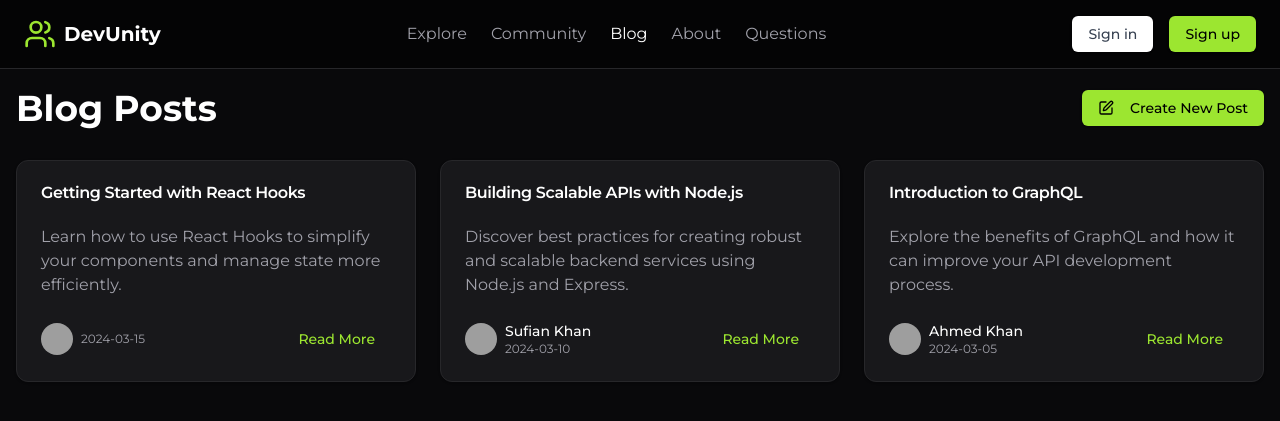
Repository: asadullah48/asadullahshafique_devunity
Page: /blogs
These files come from the project's save history. The page is drawn as it stood at one moment and after the next save; the edit follows.
The browser window is 1280 px wide. The pictures show the whole page.
Pictures or frames that could not be fetched are drawn as grey boxes. The project was rebuilt for these pictures with package versions that can differ from the ones it lists, and the page was loaded fresh each time. The framework's server and built-in components were replaced by stand-ins that run in the browser. Also part of the build but not shown: next.config.js, next.config.ts.

Above is the page before, as saved 2024-11-10 10:25:55.

### src/app/layout.tsx
import type { Metadata } from "next";
import "./globals.css";
import { Montserrat } from "next/font/google";
import Navbar from "@/components/Navbar";

const montserrat = Montserrat({ subsets: ["latin"] });

export const metadata: Metadata = {
  title: "DevUnity",
  description:
    "A collaborative platform for developers to share knowledge, answer questions, and publish blogs",
};

export default function RootLayout({
  children,
}: Readonly<{
  children: React.ReactNode;
}>) {
  return (
    <html lang="en">
      <body className={montserrat.className}>
        <Navbar />
        {children}
      </body>
    </html>
  );
}

### src/app/blogs/page.tsx
import Link from "next/link";
import { Button } from "@/components/ui/button";
import {
  Card,
  CardContent,
  CardFooter,
  CardHeader,
  CardTitle,
} from "@/components/ui/card";
import { Avatar, AvatarFallback, AvatarImage } from "@/components/ui/avatar";
import { PenSquare } from "lucide-react";

export default function BlogPage() {
  const blogPosts = [
    {
      title: "Getting Started with React Hooks",
      excerpt:
        "Learn how to use React Hooks to simplify your components and manage state more efficiently.",
      author: "",
      date: "2024-03-15",
      avatar: "/placeholder.svg?height=50&width=50",
    },
    {
      title: "Building Scalable APIs with Node.js",
      excerpt:
        "Discover best practices for creating robust and scalable backend services using Node.js and Express.",
      author: "Sufian Khan",
      date: "2024-03-10",
      avatar: "/placeholder.svg?height=50&width=50",
    },
    {
      title: "Introduction to GraphQL",
      excerpt:
        "Explore the benefits of GraphQL and how it can improve your API development process.",
      author: "Ahmed Khan",
      date: "2024-03-05",
      avatar: "/placeholder.svg?height=50&width=50",
    },
  ];

  return (
    <div className="min-h-screen bg-zinc-950">
      <div className="container mx-auto px-4 py-8">
        <div className="flex justify-between items-center mb-8 mt-12 md:mt-14">
          <h1 className="text-2xl md:text-4xl font-bold text-white">
            Blog Posts
          </h1>
          <Button className="bg-[#9CE630] text-black hover:bg-[#8BD520]">
            <PenSquare className="mr-2 h-4 w-4" />
            Create New Post
          </Button>
        </div>
        <div className="grid gap-6 md:grid-cols-2 lg:grid-cols-3">
          {blogPosts.map((post, index) => (
            <Card key={index} className="bg-zinc-900 border-zinc-800">
              <CardHeader>
                <CardTitle className="text-white">{post.title}</CardTitle>
              </CardHeader>
              <CardContent>
                <p className="text-zinc-400">{post.excerpt}</p>
              </CardContent>
              <CardFooter className="flex justify-between items-center">
                <div className="flex items-center space-x-2">
                  <Avatar className="h-8 w-8">
                    <AvatarImage src={post.avatar} alt={post.author} />
                    <AvatarFallback>
                      {post.author
                        .split(" ")
                        .map((n) => n[0])
                        .join("")}
                    </AvatarFallback>
                  </Avatar>
                  <div>
                    <p className="text-sm font-medium text-white">
                      {post.author}
                    </p>
                    <p className="text-xs text-zinc-400">{post.date}</p>
                  </div>
                </div>
                <Button
                  variant="ghost"
                  className="text-[#9CE630] hover:text-[#8BD520] hover:bg-zinc-800"
                >
                  Read More
                </Button>
              </CardFooter>
            </Card>
          ))}
        </div>
      </div>
    </div>
  );
}

### src/app/globals.css
@tailwind base;
@tailwind components;
@tailwind utilities;
@layer base {
  :root {
    --background: 0 0% 100%;
    --foreground: 0 0% 3.9%;
    --card: 0 0% 100%;
    --card-foreground: 0 0% 3.9%;
    --popover: 0 0% 100%;
    --popover-foreground: 0 0% 3.9%;
    --primary: 0 0% 9%;
    --primary-foreground: 0 0% 98%;
    --secondary: 0 0% 96.1%;
    --secondary-foreground: 0 0% 9%;
    --muted: 0 0% 96.1%;
    --muted-foreground: 0 0% 45.1%;
    --accent: 0 0% 96.1%;
    --accent-foreground: 0 0% 9%;
    --destructive: 0 84.2% 60.2%;
    --destructive-foreground: 0 0% 98%;
    --border: 0 0% 89.8%;
    --input: 0 0% 89.8%;
    --ring: 0 0% 3.9%;
    --chart-1: 12 76% 61%;
    --chart-2: 173 58% 39%;
    --chart-3: 197 37% 24%;
    --chart-4: 43 74% 66%;
    --chart-5: 27 87% 67%;
    --radius: 0.5rem;
  }
  .dark {
    --background: 0 0% 3.9%;
    --foreground: 0 0% 98%;
    --card: 0 0% 3.9%;
    --card-foreground: 0 0% 98%;
    --popover: 0 0% 3.9%;
    --popover-foreground: 0 0% 98%;
    --primary: 0 0% 98%;
    --primary-foreground: 0 0% 9%;
    --secondary: 0 0% 14.9%;
    --secondary-foreground: 0 0% 98%;
    --muted: 0 0% 14.9%;
    --muted-foreground: 0 0% 63.9%;
    --accent: 0 0% 14.9%;
    --accent-foreground: 0 0% 98%;
    --destructive: 0 62.8% 30.6%;
    --destructive-foreground: 0 0% 98%;
    --border: 0 0% 14.9%;
    --input: 0 0% 14.9%;
    --ring: 0 0% 83.1%;
    --chart-1: 220 70% 50%;
    --chart-2: 160 60% 45%;
    --chart-3: 30 80% 55%;
    --chart-4: 280 65% 60%;
    --chart-5: 340 75% 55%;
  }
}
@layer base {
  * {
    @apply border-border;
  }
  body {
    @apply bg-background text-foreground;
  }
}

@keyframes fade-in-up {
  from {
    opacity: 0;
    transform: translateY(20px);
  }
  to {
    opacity: 1;
    transform: translateY(0);
  }
}

.animate-fade-in-up {
  animation: fade-in-up 1s ease-out;
}

.animation-delay-1000 {
  animation-delay: 1s;
}

### src/components/Navbar.tsx
// "use client";

// import React, { useState } from "react";
// import Link from "next/link";
// import { Button } from "@/components/ui/button";
// import { Users } from "lucide-react";
// import { CgMenuRight } from "react-icons/cg";
// import {
//   Sheet,
//   SheetContent,
//   SheetTitle,
//   SheetTrigger,
// } from "@/components/ui/sheet";
// import { usePathname } from "next/navigation";

// const Navbar = () => {
//   const [isOpen, setIsOpen] = useState(false);
//   const pathname = usePathname();

//   const closeSheet = () => setIsOpen(false);

//   return (
//     <nav className="border-b z-50 absolute w-full bg-black/50 border-zinc-800">
//       <div className="container mx-auto flex items-center justify-between p-4 lg:px-6">
//         <Link className="flex items-center space-x-2" href="/">
//           <Users className="h-8 w-8 text-[#9CE630]" />
//           <span className="text-xl font-bold text-white">DevUnity</span>
//         </Link>
//         <div className="hidden lg:flex items-center space-x-6">
//           <Link className="text-zinc-400 hover:text-white" href="/explore">
//             Explore
//           </Link>
//           <Link className="text-zinc-400 hover:text-white" href="/community">
//             Community
//           </Link>
//           <Link className="text-zinc-400 hover:text-white" href="/blogs">
//             Blog
//           </Link>
//           <Link className="text-zinc-400 hover:text-white" href="/about">
//             About
//           </Link>
//           <Link className="text-zinc-400 hover:text-white" href="/question">
//             Questions
//           </Link>
//         </div>
//         <div className="flex items-center space-x-4">
//           <Button className="text-gray-700 hover:text-black bg-white hover:bg-white/80 ">
//             Sign in
//           </Button>
//           <Button className="bg-[#9CE630] text-black hover:bg-[#8BD520] hidden lg:block">
//             Sign up
//           </Button>
//           <Sheet open={isOpen} onOpenChange={setIsOpen}>
//             <SheetTrigger asChild className="lg:hidden">
//               <CgMenuRight className="h-6 w-6 text-white" />
//             </SheetTrigger>
//             <SheetContent
//               side="right"
//               className="w-[300px] sm:w-[400px] bg-zinc-900 border-none"
//             >
//               <Link href="/" onClick={closeSheet}>
//                 <SheetTitle className="text-bold text-white flex items-center">
//                   <Users className="mr-2 text-[#9CE630]" />
//                   DevUnity
//                 </SheetTitle>
//               </Link>
//               <nav className="flex flex-col space-y-4 mt-8">
//                 <Link
//                   className="text-zinc-400 hover:text-white"
//                   href="/explore"
//                   onClick={closeSheet}
//                 >
//                   Explore
//                 </Link>
//                 <Link
//                   className="text-zinc-400 hover:text-white"
//                   href="/community"
//                   onClick={closeSheet}
//                 >
//                   Community
//                 </Link>
//                 <Link
//                   className="text-zinc-400 hover:text-white"
//                   href="/blogs"
//                   onClick={closeSheet}
//                 >
//                   Blog
//                 </Link>
//                 <Link
//                   className="text-zinc-400 hover:text-white"
//                   href="/about"
//                   onClick={closeSheet}
//                 >
//                   About
//                 </Link>
//                 <Link
//                   className="text-zinc-400 hover:text-white"
//                   href="/question"
//                   onClick={closeSheet}
//                 >
//                   Questions
//                 </Link>
//                 <Button
//                   className="bg-[#9CE630] text-black hover:bg-[#8BD520] w-full mt-4"
//                   onClick={closeSheet}
//                 >
//                   Sign up
//                 </Button>
//               </nav>
//             </SheetContent>
//           </Sheet>
//         </div>
//       </div>
//     </nav>
//   );
// };

// export default Navbar;

"use client";

import React, { useState } from "react";
import Link from "next/link";
import { Button } from "@/components/ui/button";
import { Users } from "lucide-react";
import { CgMenuRight } from "react-icons/cg";
import {
  Sheet,
  SheetContent,
  SheetTitle,
  SheetTrigger,
} from "@/components/ui/sheet";
import { usePathname } from "next/navigation";

const Navbar = () => {
  const [isOpen, setIsOpen] = useState(false);
  const pathname = usePathname(); // Get the current path

  const closeSheet = () => setIsOpen(false);

  // Function to set active class based on path
  const linkClasses = (path: any) =>
    pathname === path ? "text-white" : "text-zinc-400 hover:text-white";

  return (
    <nav className="border-b z-50 absolute w-full bg-black/50 border-zinc-800">
      <div className="container mx-auto flex items-center justify-between p-4 lg:px-6">
        <Link className="flex items-center space-x-2" href="/">
          <Users className="h-8 w-8 text-[#9CE630]" />
          <span className="text-xl font-bold text-white">DevUnity</span>
        </Link>
        <div className="hidden lg:flex items-center space-x-6">
          <Link className={linkClasses("/explore")} href="/explore">
            Explore
          </Link>
          <Link className={linkClasses("/community")} href="/community">
            Community
          </Link>
          <Link className={linkClasses("/blogs")} href="/blogs">
            Blog
          </Link>
          <Link className={linkClasses("/about")} href="/about">
            About
          </Link>
          <Link className={linkClasses("/question")} href="/question">
            Questions
          </Link>
        </div>
        <div className="flex items-center space-x-4">
          <Button className="text-gray-700 hover:text-black bg-white hover:bg-white/80 ">
            Sign in
          </Button>
          <Button className="bg-[#9CE630] text-black hover:bg-[#8BD520] hidden lg:block">
            Sign up
          </Button>
          <Sheet open={isOpen} onOpenChange={setIsOpen}>
            <SheetTrigger asChild className="lg:hidden">
              <CgMenuRight className="h-6 w-6 text-white" />
            </SheetTrigger>
            <SheetContent
              side="right"
              className="w-[300px] sm:w-[400px] bg-zinc-900 border-none"
            >
              <Link href="/" onClick={closeSheet}>
                <SheetTitle className="text-bold text-white flex items-center">
                  <Users className="mr-2 text-[#9CE630]" />
                  DevUnity
                </SheetTitle>
              </Link>
              <nav className="flex flex-col space-y-4 mt-8">
                <Link
                  className={linkClasses("/explore")}
                  href="/explore"
                  onClick={closeSheet}
                >
                  Explore
                </Link>
                <Link
                  className={linkClasses("/community")}
                  href="/community"
                  onClick={closeSheet}
                >
                  Community
                </Link>
                <Link
                  className={linkClasses("/blogs")}
                  href="/blogs"
                  onClick={closeSheet}
                >
                  Blog
                </Link>
                <Link
                  className={linkClasses("/about")}
                  href="/about"
                  onClick={closeSheet}
                >
                  About
                </Link>
                <Link
                  className={linkClasses("/question")}
                  href="/question"
                  onClick={closeSheet}
                >
                  Questions
                </Link>
                <Button
                  className="bg-[#9CE630] text-black hover:bg-[#8BD520] w-full mt-4"
                  onClick={closeSheet}
                >
                  Sign up
                </Button>
              </nav>
            </SheetContent>
          </Sheet>
        </div>
      </div>
    </nav>
  );
};

export default Navbar;

### src/components/ui/button.tsx
import * as React from "react"
import { Slot } from "@radix-ui/react-slot"
import { cva, type VariantProps } from "class-variance-authority"

import { cn } from "@/lib/utils"

const buttonVariants = cva(
  "inline-flex items-center justify-center gap-2 whitespace-nowrap rounded-md text-sm font-medium transition-colors focus-visible:outline-none focus-visible:ring-1 focus-visible:ring-ring disabled:pointer-events-none disabled:opacity-50 [&_svg]:pointer-events-none [&_svg]:size-4 [&_svg]:shrink-0",
  {
    variants: {
      variant: {
        default:
          "bg-primary text-primary-foreground shadow hover:bg-primary/90",
        destructive:
          "bg-destructive text-destructive-foreground shadow-sm hover:bg-destructive/90",
        outline:
          "border border-input bg-background shadow-sm hover:bg-accent hover:text-accent-foreground",
        secondary:
          "bg-secondary text-secondary-foreground shadow-sm hover:bg-secondary/80",
        ghost: "hover:bg-accent hover:text-accent-foreground",
        link: "text-primary underline-offset-4 hover:underline",
      },
      size: {
        default: "h-9 px-4 py-2",
        sm: "h-8 rounded-md px-3 text-xs",
        lg: "h-10 rounded-md px-8",
        icon: "h-9 w-9",
      },
    },
    defaultVariants: {
      variant: "default",
      size: "default",
    },
  }
)

export interface ButtonProps
  extends React.ButtonHTMLAttributes<HTMLButtonElement>,
    VariantProps<typeof buttonVariants> {
  asChild?: boolean
}

const Button = React.forwardRef<HTMLButtonElement, ButtonProps>(
  ({ className, variant, size, asChild = false, ...props }, ref) => {
    const Comp = asChild ? Slot : "button"
    return (
      <Comp
        className={cn(buttonVariants({ variant, size, className }))}
        ref={ref}
        {...props}
      />
    )
  }
)
Button.displayName = "Button"

export { Button, buttonVariants }

### src/components/ui/card.tsx
import * as React from "react"

import { cn } from "@/lib/utils"

const Card = React.forwardRef<
  HTMLDivElement,
  React.HTMLAttributes<HTMLDivElement>
>(({ className, ...props }, ref) => (
  <div
    ref={ref}
    className={cn(
      "rounded-xl border bg-card text-card-foreground shadow",
      className
    )}
    {...props}
  />
))
Card.displayName = "Card"

const CardHeader = React.forwardRef<
  HTMLDivElement,
  React.HTMLAttributes<HTMLDivElement>
>(({ className, ...props }, ref) => (
  <div
    ref={ref}
    className={cn("flex flex-col space-y-1.5 p-6", className)}
    {...props}
  />
))
CardHeader.displayName = "CardHeader"

const CardTitle = React.forwardRef<
  HTMLDivElement,
  React.HTMLAttributes<HTMLDivElement>
>(({ className, ...props }, ref) => (
  <div
    ref={ref}
    className={cn("font-semibold leading-none tracking-tight", className)}
    {...props}
  />
))
CardTitle.displayName = "CardTitle"

const CardDescription = React.forwardRef<
  HTMLDivElement,
  React.HTMLAttributes<HTMLDivElement>
>(({ className, ...props }, ref) => (
  <div
    ref={ref}
    className={cn("text-sm text-muted-foreground", className)}
    {...props}
  />
))
CardDescription.displayName = "CardDescription"

const CardContent = React.forwardRef<
  HTMLDivElement,
  React.HTMLAttributes<HTMLDivElement>
>(({ className, ...props }, ref) => (
  <div ref={ref} className={cn("p-6 pt-0", className)} {...props} />
))
CardContent.displayName = "CardContent"

const CardFooter = React.forwardRef<
  HTMLDivElement,
  React.HTMLAttributes<HTMLDivElement>
>(({ className, ...props }, ref) => (
  <div
    ref={ref}
    className={cn("flex items-center p-6 pt-0", className)}
    {...props}
  />
))
CardFooter.displayName = "CardFooter"

export { Card, CardHeader, CardFooter, CardTitle, CardDescription, CardContent }

### src/components/ui/avatar.tsx
"use client"

import * as React from "react"
import * as AvatarPrimitive from "@radix-ui/react-avatar"

import { cn } from "@/lib/utils"

const Avatar = React.forwardRef<
  React.ElementRef<typeof AvatarPrimitive.Root>,
  React.ComponentPropsWithoutRef<typeof AvatarPrimitive.Root>
>(({ className, ...props }, ref) => (
  <AvatarPrimitive.Root
    ref={ref}
    className={cn(
      "relative flex h-10 w-10 shrink-0 overflow-hidden rounded-full",
      className
    )}
    {...props}
  />
))
Avatar.displayName = AvatarPrimitive.Root.displayName

const AvatarImage = React.forwardRef<
  React.ElementRef<typeof AvatarPrimitive.Image>,
  React.ComponentPropsWithoutRef<typeof AvatarPrimitive.Image>
>(({ className, ...props }, ref) => (
  <AvatarPrimitive.Image
    ref={ref}
    className={cn("aspect-square h-full w-full", className)}
    {...props}
  />
))
AvatarImage.displayName = AvatarPrimitive.Image.displayName

const AvatarFallback = React.forwardRef<
  React.ElementRef<typeof AvatarPrimitive.Fallback>,
  React.ComponentPropsWithoutRef<typeof AvatarPrimitive.Fallback>
>(({ className, ...props }, ref) => (
  <AvatarPrimitive.Fallback
    ref={ref}
    className={cn(
      "flex h-full w-full items-center justify-center rounded-full bg-muted",
      className
    )}
    {...props}
  />
))
AvatarFallback.displayName = AvatarPrimitive.Fallback.displayName

export { Avatar, AvatarImage, AvatarFallback }

### src/components/ui/sheet.tsx
"use client"

import * as React from "react"
import * as SheetPrimitive from "@radix-ui/react-dialog"
import { cva, type VariantProps } from "class-variance-authority"
import { X } from "lucide-react"

import { cn } from "@/lib/utils"

const Sheet = SheetPrimitive.Root

const SheetTrigger = SheetPrimitive.Trigger

const SheetClose = SheetPrimitive.Close

const SheetPortal = SheetPrimitive.Portal

const SheetOverlay = React.forwardRef<
  React.ElementRef<typeof SheetPrimitive.Overlay>,
  React.ComponentPropsWithoutRef<typeof SheetPrimitive.Overlay>
>(({ className, ...props }, ref) => (
  <SheetPrimitive.Overlay
    className={cn(
      "fixed inset-0 z-50 bg-black/80  data-[state=open]:animate-in data-[state=closed]:animate-out data-[state=closed]:fade-out-0 data-[state=open]:fade-in-0",
      className
    )}
    {...props}
    ref={ref}
  />
))
SheetOverlay.displayName = SheetPrimitive.Overlay.displayName

const sheetVariants = cva(
  "fixed z-50 gap-4 bg-background p-6 shadow-lg transition ease-in-out data-[state=closed]:duration-300 data-[state=open]:duration-500 data-[state=open]:animate-in data-[state=closed]:animate-out",
  {
    variants: {
      side: {
        top: "inset-x-0 top-0 border-b data-[state=closed]:slide-out-to-top data-[state=open]:slide-in-from-top",
        bottom:
          "inset-x-0 bottom-0 border-t data-[state=closed]:slide-out-to-bottom data-[state=open]:slide-in-from-bottom",
        left: "inset-y-0 left-0 h-full w-3/4 border-r data-[state=closed]:slide-out-to-left data-[state=open]:slide-in-from-left sm:max-w-sm",
        right:
          "inset-y-0 right-0 h-full w-3/4 border-l data-[state=closed]:slide-out-to-right data-[state=open]:slide-in-from-right sm:max-w-sm",
      },
    },
    defaultVariants: {
      side: "right",
    },
  }
)

interface SheetContentProps
  extends React.ComponentPropsWithoutRef<typeof SheetPrimitive.Content>,
    VariantProps<typeof sheetVariants> {}

const SheetContent = React.forwardRef<
  React.ElementRef<typeof SheetPrimitive.Content>,
  SheetContentProps
>(({ side = "right", className, children, ...props }, ref) => (
  <SheetPortal>
    <SheetOverlay />
    <SheetPrimitive.Content
      ref={ref}
      className={cn(sheetVariants({ side }), className)}
      {...props}
    >
      <SheetPrimitive.Close className="absolute right-4 top-4 rounded-sm opacity-70 ring-offset-background transition-opacity hover:opacity-100 focus:outline-none focus:ring-2 focus:ring-ring focus:ring-offset-2 disabled:pointer-events-none data-[state=open]:bg-secondary">
        <X className="h-4 w-4" />
        <span className="sr-only">Close</span>
      </SheetPrimitive.Close>
      {children}
    </SheetPrimitive.Content>
  </SheetPortal>
))
SheetContent.displayName = SheetPrimitive.Content.displayName

const SheetHeader = ({
  className,
  ...props
}: React.HTMLAttributes<HTMLDivElement>) => (
  <div
    className={cn(
      "flex flex-col space-y-2 text-center sm:text-left",
      className
    )}
    {...props}
  />
)
SheetHeader.displayName = "SheetHeader"

const SheetFooter = ({
  className,
  ...props
}: React.HTMLAttributes<HTMLDivElement>) => (
  <div
    className={cn(
      "flex flex-col-reverse sm:flex-row sm:justify-end sm:space-x-2",
      className
    )}
    {...props}
  />
)
SheetFooter.displayName = "SheetFooter"

const SheetTitle = React.forwardRef<
  React.ElementRef<typeof SheetPrimitive.Title>,
  React.ComponentPropsWithoutRef<typeof SheetPrimitive.Title>
>(({ className, ...props }, ref) => (
  <SheetPrimitive.Title
    ref={ref}
    className={cn("text-lg font-semibold text-foreground", className)}
    {...props}
  />
))
SheetTitle.displayName = SheetPrimitive.Title.displayName

const SheetDescription = React.forwardRef<
  React.ElementRef<typeof SheetPrimitive.Description>,
  React.ComponentPropsWithoutRef<typeof SheetPrimitive.Description>
>(({ className, ...props }, ref) => (
  <SheetPrimitive.Description
    ref={ref}
    className={cn("text-sm text-muted-foreground", className)}
    {...props}
  />
))
SheetDescription.displayName = SheetPrimitive.Description.displayName

export {
  Sheet,
  SheetPortal,
  SheetOverlay,
  SheetTrigger,
  SheetClose,
  SheetContent,
  SheetHeader,
  SheetFooter,
  SheetTitle,
  SheetDescription,
}

Loaded but not shown: src/lib/utils.ts (common file); tailwind.config.ts (common file)

After the next save:
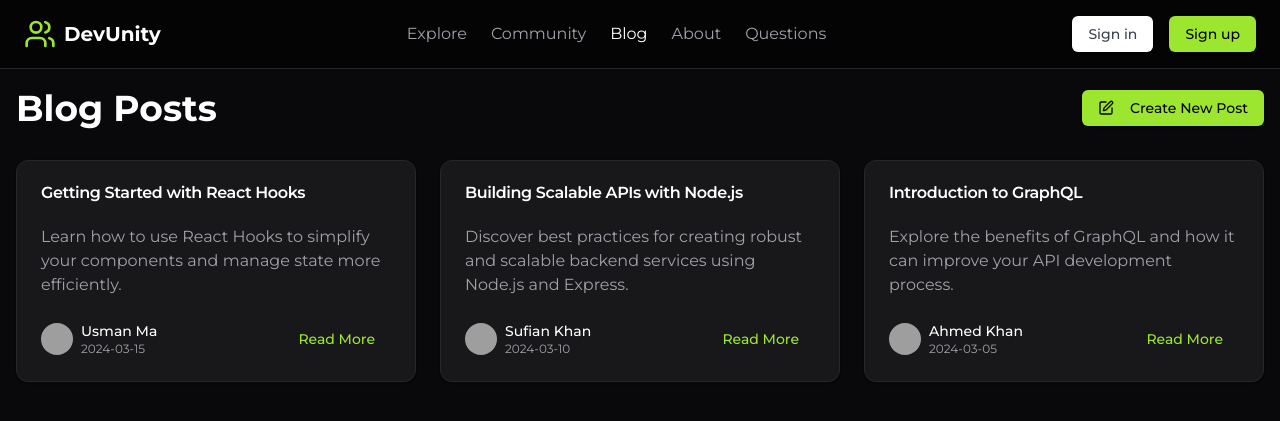
Saved 5 s later.
--- a/src/app/blogs/page.tsx
+++ b/src/app/blogs/page.tsx
@@ -16,7 +16,7 @@ export default function BlogPage() {
       title: "Getting Started with React Hooks",
       excerpt:
         "Learn how to use React Hooks to simplify your components and manage state more efficiently.",
-      author: "",
+      author: "Usman Ma",
       date: "2024-03-15",
       avatar: "/placeholder.svg?height=50&width=50",
     },
